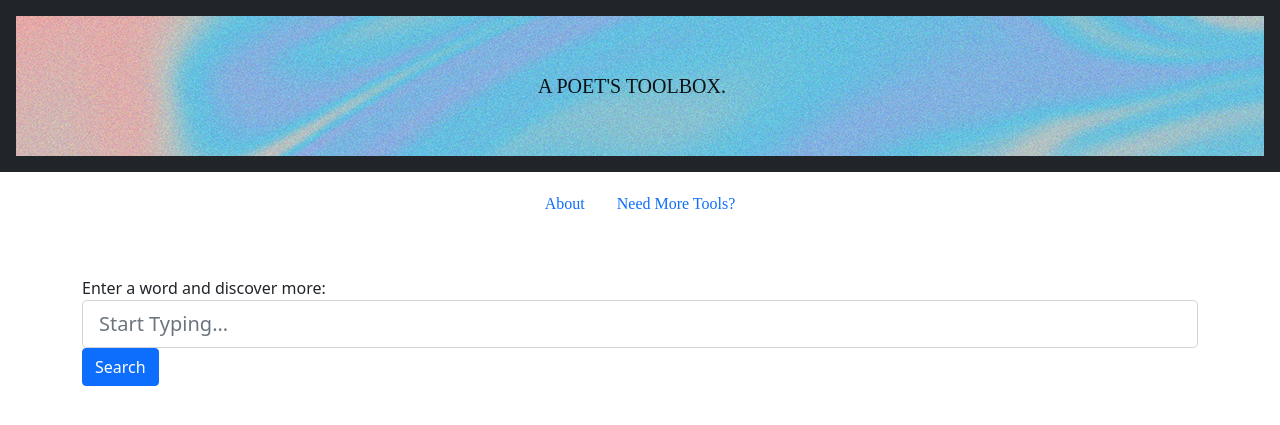
Repository: eezife-wustl/10-final-project-individual-eezife-wustl
Page: index.html
The author's editor kept a copy of each file at every save. The page is drawn from the files as they stood at one save, then again after the next save.
The browser window is 1280 px wide. The pictures show the whole page.

Above is the page before, as saved 2021-12-03 20:01:10.

### index.html
<!DOCTYPE HTML>
<HTML lang="en">
    <head>
        <meta charset="utf-8">
        <meta name="viewport" content="width=device-width, initial-scale=1">
        <title> A Poet's Toolbox </title>
        <link href="https://cdn.jsdelivr.net/npm/bootstrap@5.1.3/dist/css/bootstrap.min.css" rel="stylesheet" integrity="sha384-1BmE4kWBq78iYhFldvKuhfTAU6auU8tT94WrHftjDbrCEXSU1oBoqyl2QvZ6jIW3" crossorigin="anonymous">
        <link href='style.css' rel='stylesheet'>
    </head>
    <body>
        <header>
                <nav class="navbar navbar-expand-md navbar-light fixed-top fixed-top-1 bg-light" id="poetsToolBox">
                    <div class="container justify-content-center">
                        <a class="navbar-brand" href="index.html">A POET'S TOOLBOX.</a>
                    </div>
                </nav>
                <nav class="navbar navbar-expand-md fixed-top fixed-top-2 bg-white">
                    <div class="container justify-content-center">
                        <a class="nav-link" href="#">About</a>
                        <a class="nav-link" href="#">Need More Tools?</a>
                    </div>
                </nav>
        </header>
        <div class="container">
            <div class="row">
                <div class="form-group col-md" id="myWordForm">
                    <label for="exampleInputEmail1">Enter a word and discover more: </label>
                    <input type="text" class="form-control form-control-lg" id="myWord" placeholder="Start Typing...">
                    <button type="submit" class="btn btn-primary">Search</button>
                  </div>
            </div>
        </div>
        <script>

        </script>
    </body>
</HTML>

### style.css
/* * {
    border: 1px solid red;
  } */

/* @font-face {
    font-family: 'Jost';
    src: url('Jost-600-Semi.ttf') format('truetype');
  } */

@font-face {
    font-family: 'Jost Semi';
    src: url('./Jost/TrueType/Jost-600-Semi.ttf') format('truetype');
}


.fixed-top-2 {
    margin-top: 176px;
    /* padding: 50px; */
    /* padding: 50px;  */
}

.fixed-top-1 {
    padding: 50px;
    border: 1rem solid;
}

body { padding-top: 100px; }

#myWordForm { padding-top: 176px;

}

#poetsToolBox {
    background-image: url(for_the_header_i_think_smaller.png);
    /* padding: 50px; */
}

a {
    font-family: 'Jost';
}

#poetsLink {
    /* padding: 50px; */
}

After the next save:
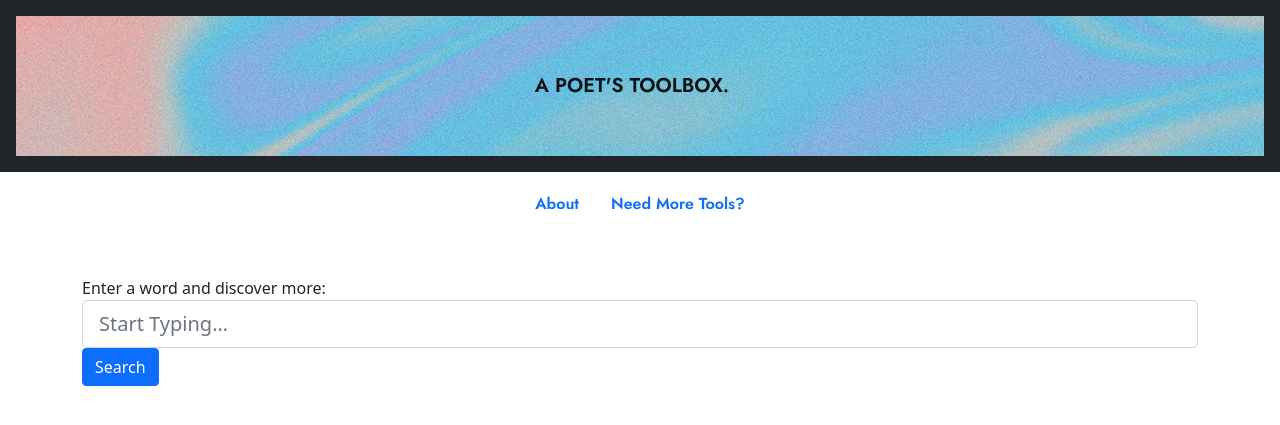
Saved 4 s later.
--- a/style.css
+++ b/style.css
@@ -36,7 +36,7 @@
 }
 
 a {
-    font-family: 'Jost';
+    font-family: 'Jost Semi';
 }
 
 #poetsLink {
